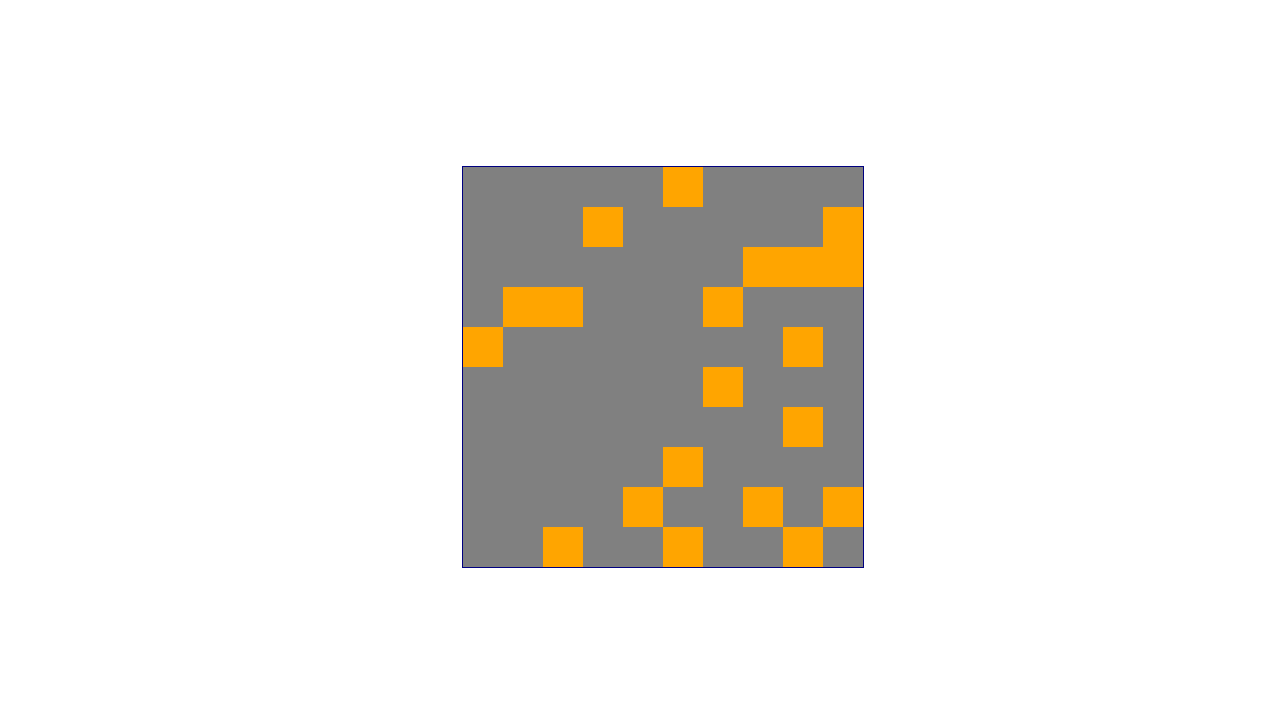
Repository: issaRan/MineSweeper
Page: html/index.html
An editor plug-in stored every save of this project. The page is shown before and after the next save, followed by the edit.
The browser window is 1280 px wide. The pictures show the whole page.

Above is the page before, as saved 2020-10-23 15:49:53.

### html/index.html
<!DOCTYPE html>
<html lang="en">
<head>
    <meta charset="UTF-8">
    <meta name="viewport" content="width=device-width, initial-scale=1.0">
    <title>MineSweeper</title>
    <link rel="stylesheet" href="../css/styles.css">
    <script src="../js/index.js" charset="utf-8"></script>
</head>
<body>
  <div class="grid"></div>
</body>
</html>

### css/styles.css
.grid {
    height: 400px;
    width: 400px;
    display: flex;
    flex-wrap: wrap;
    background-color: grey;
    position: absolute;
    top: 30%;
    left: 40%;
    margin-top: -50px;
    margin-left: -50px;
    border:1px solid navy
}
.grid div {
    height: 40px;
    width: 40px;
}

.bomb {
    background-color: orange;
}
.checked{
    background-color: red;
}

### js/index.js
document.addEventListener('DOMContentLoaded',()=>{
    const grid = document.querySelector('.grid')
    let width = 10
    let flag = 0
    let squares = []
    let isGameOver = false
    let bombAamount = 20
    function createBoard(){
        const bombArray = Array(bombAamount).fill('bomb')
        const emptyArray = Array(width*width - bombAamount).fill('valid')
        const gameArray = emptyArray.concat(bombArray)
        const shuffledArray = gameArray.sort(()=> Math.random() -0.5)
        for(let i = 0; i < width*width;i++){
            const sqaure = document.createElement('div')
            sqaure.setAttribute('id',i)
            sqaure.classList.add(shuffledArray[i])
            grid.appendChild(sqaure)
            squares.push(sqaure)
            sqaure.addEventListener('click',(e)=>{
                click(sqaure)
            })
            sqaure.oncontextmenu = function(e){
                e.preventDefault()
                addFlag(sqaure)
            }
        }
        for (let i = 0; i < squares.length; i++) {
            let total = 0
            const isLeftEdge = (i % width === 0)
            const isRightEdge = (i % width === width -1)

            if (squares[i].classList.contains('valid')) {
              if (i > 0 && !isLeftEdge && squares[i -1].classList.contains('bomb')) total ++
              if (i > 9 && !isRightEdge && squares[i + 1 -width].classList.contains('bomb')) total ++
              if (i > 10 && squares[i -width].classList.contains('bomb')) total ++
              if (i > 11 && !isLeftEdge && squares[i -1 -width].classList.contains('bomb')) total ++
              if (i < 98 && !isRightEdge && squares[i +1].classList.contains('bomb')) total ++
              if (i < 90 && !isLeftEdge && squares[i -1 +width].classList.contains('bomb')) total ++
              if (i < 88 && !isRightEdge && squares[i +1 +width].classList.contains('bomb')) total ++
              if (i < 89 && squares[i +width].classList.contains('bomb')) total ++
              squares[i].setAttribute('data', total)
            }
        }
    }
    createBoard()
    function click(square){
        let currentId = square.id
        if(isGameOver) return
        if(square.classList.contains('checked') || square.classList.contains('flag')){
            return
        }
        if(square.classList.contains('bomb')){
            gameOver(square)
        }else{
            let total = square.getAttribute('data')
            if(total != 0){
                square.classList.add('checked')
                square.innerHTML = total
                return
            }
            checkSquare(square,currentId)
        }
        square.classList.add('checked')

    }
    function checkSquare(square,currentId){
        const isLeftEdge = (currentId % width === 0)
        const isRightEdge = (currentId % width === width -1)
        setTimeout(()=>{
            if (currentId > 0 && !isLeftEdge) {
                const newId = squares[parseInt(currentId) -1].id
                //const newId = parseInt(currentId) - 1   ....refactor
                const newSquare = document.getElementById(newId)
                click(newSquare)
              }
              if (currentId > 9 && !isRightEdge) {
                const newId = squares[parseInt(currentId) +1 -width].id
                //const newId = parseInt(currentId) +1 -width   ....refactor
                const newSquare = document.getElementById(newId)
                click(newSquare)
              }
              if (currentId > 10) {
                const newId = squares[parseInt(currentId -width)].id
                const newSquare = document.getElementById(newId)
                click(newSquare)
              }
              if (currentId > 11 && !isLeftEdge) {
                const newId = squares[parseInt(currentId) -1 -width].id

                const newSquare = document.getElementById(newId)
                click(newSquare)
              }
              if (currentId < 98 && !isRightEdge) {
                const newId = squares[parseInt(currentId) +1].id
                const newSquare = document.getElementById(newId)
                click(newSquare)
              }
              if (currentId < 90 && !isLeftEdge) {
                const newId = squares[parseInt(currentId) -1 +width].id
                const newSquare = document.getElementById(newId)
                click(newSquare)
              }
              if (currentId < 88 && !isRightEdge) {
                const newId = squares[parseInt(currentId) +1 +width].id
                const newSquare = document.getElementById(newId)
                click(newSquare)
              }
              if (currentId < 89) {
                const newId = squares[parseInt(currentId) +width].id
                const newSquare = document.getElementById(newId)
                click(newSquare)
              }
        },10)
    }
    function gameOver(square){
        console.log("Boom !")
        isGameOver = true
        squares.forEach(square=> {
            if(square.classList.contains('bomb')){
                square.innerHTML = '💣'
            }
        })
    }
    function addFlag(square){
        if(isGameOver) return
        if(!square.classList.contains('checked') && (flag < bombAamount)) {
            if(!square.classList.contains('flag')){
                square.classList.add('flag')
                square.innerHTML = ' 🚩'
                checkForWin()
                flag++;
            }else{
                square.classList.remove('flag')
                square.innerHTML = ''
                flag--;
            }
        }
    }
    function checkForWin(){
        let matches = 0
        for(let i = 0; i < squares.length;i++){
            if(squares[i].classList.contains('flag') && squares[i].classList.contains('bomb')){
                matches++
            }
            if(matches == bombAamount){
                isGameOver = true
                console.log('You Win !')
            }
        }
    }
})

After the next save:
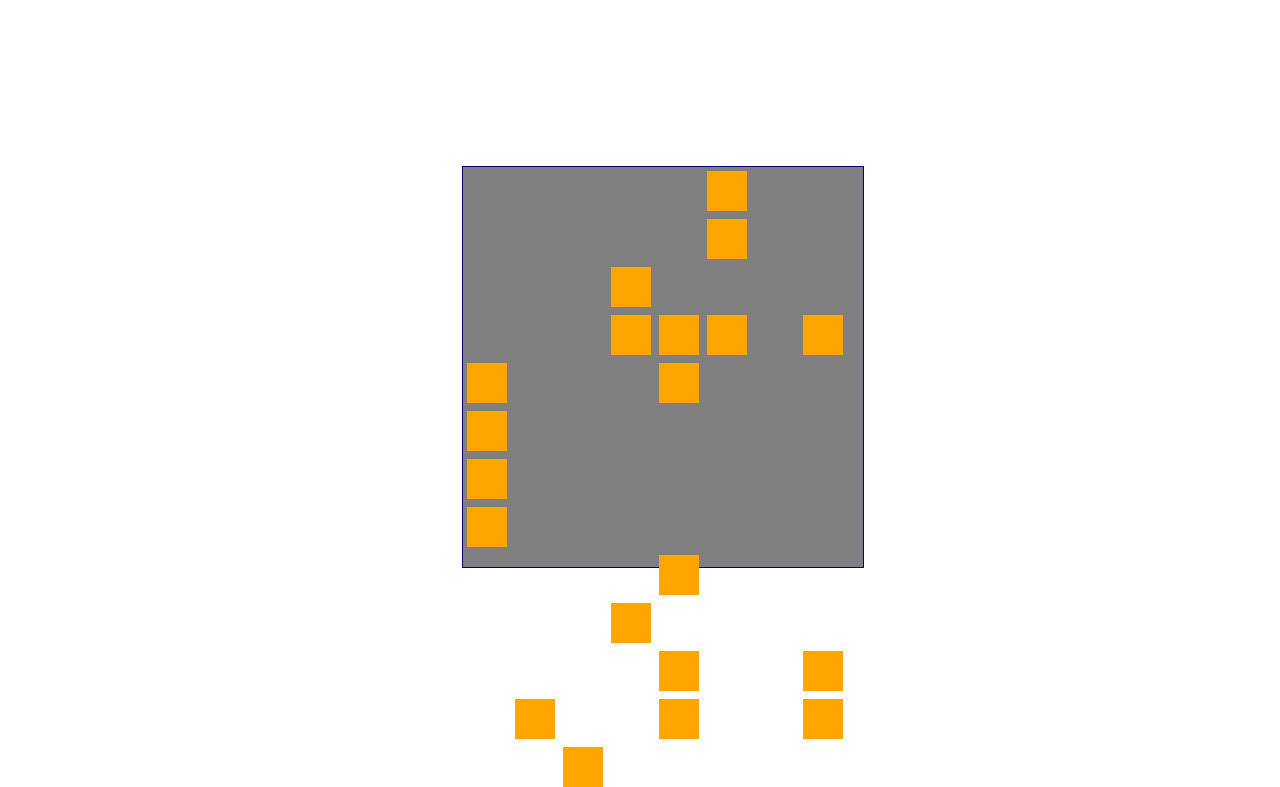
Saved 23 s later.
--- a/css/styles.css
+++ b/css/styles.css
@@ -12,6 +12,7 @@
     border:1px solid navy
 }
 .grid div {
+    margin: 1%;
     height: 40px;
     width: 40px;
 }

After the save that followed:
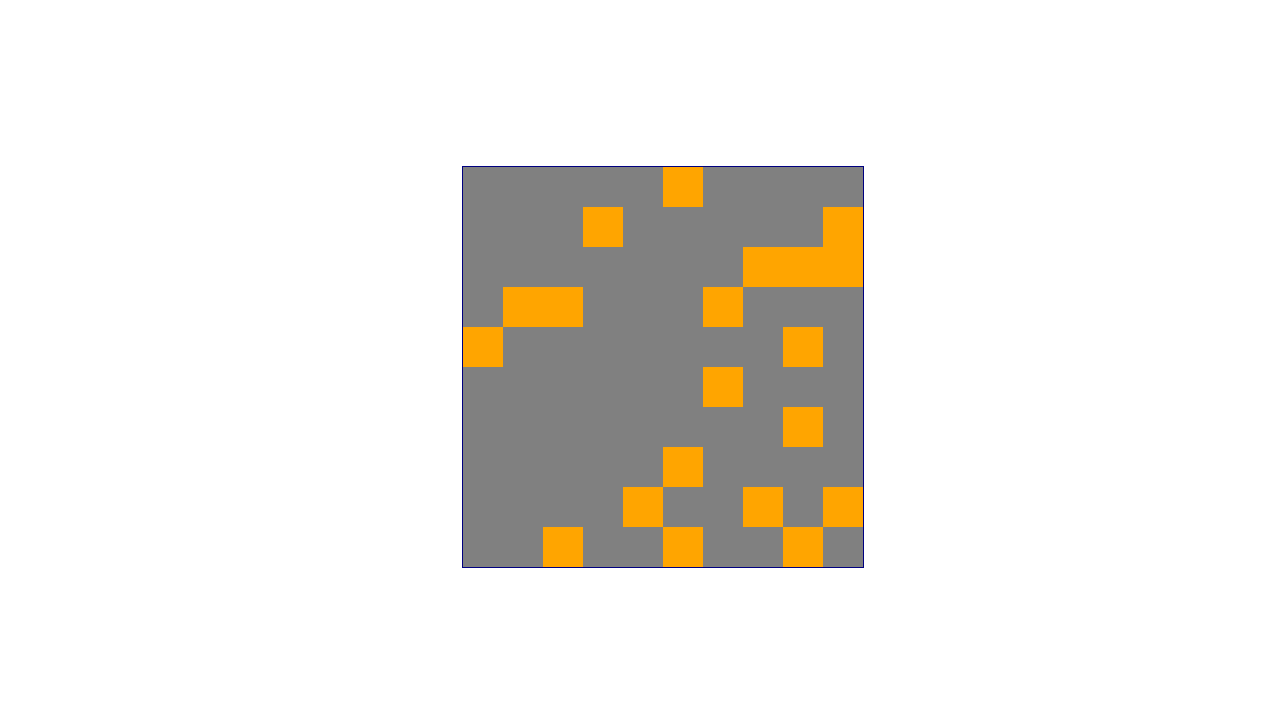
Saved 11 s later.
--- a/css/styles.css
+++ b/css/styles.css
@@ -12,6 +12,7 @@
     border:1px solid navy
 }
 .grid div {
+    border:1px solid navy
     margin: 1%;
     height: 40px;
     width: 40px;
